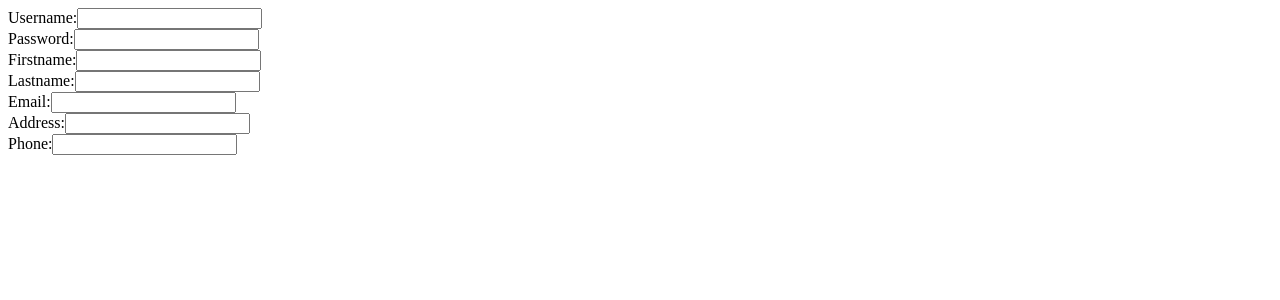
Repository: anil1581994/SpringBasicProgram
Page: http://localhost/MvcLoginRegistration/register.jsp
These files come from the project's save history. The page is drawn as it stood at one moment and after the next save; the edit follows.
The browser window is 1280 px wide. The pictures show the whole page.
The page is served by Tomcat 9.

Above is the page before, as saved 2018-02-14 10:06:04.

After the next save:
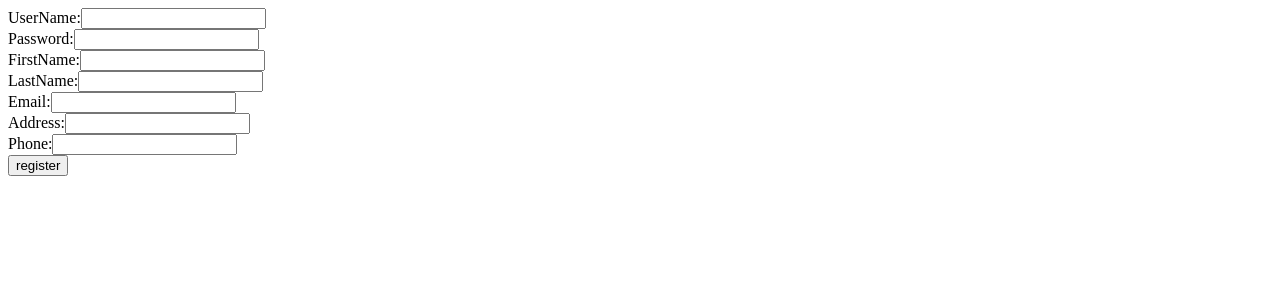
Saved 118 s later.
--- a/MvcLoginRegistration/src/main/webapp/register.jsp
+++ b/MvcLoginRegistration/src/main/webapp/register.jsp
@@ -8,14 +8,15 @@
 </head>
 <body>
 <form action="registerProcess" method="post">
-Username:<input type="text" name="username"><br>
+UserName:<input type="text" name="username"><br>
 Password:<input type="text" name="password"><br>
-Firstname:<input type="text" name="firstname"><br>
-Lastname:<input type="text" name="lastname"><br>
+FirstName:<input type="text" name="firstname"><br>
+LastName:<input type="text" name="lastname"><br>
 Email:<input type="text" name="email"><br>
 Address:<input type="text" name="address"><br>
 Phone:<input type="text" name="phone"><br>
-
+<input type="submit" value="register">
 </form>
+<a href="home.jsp"></a>
 </body>
 </html>
